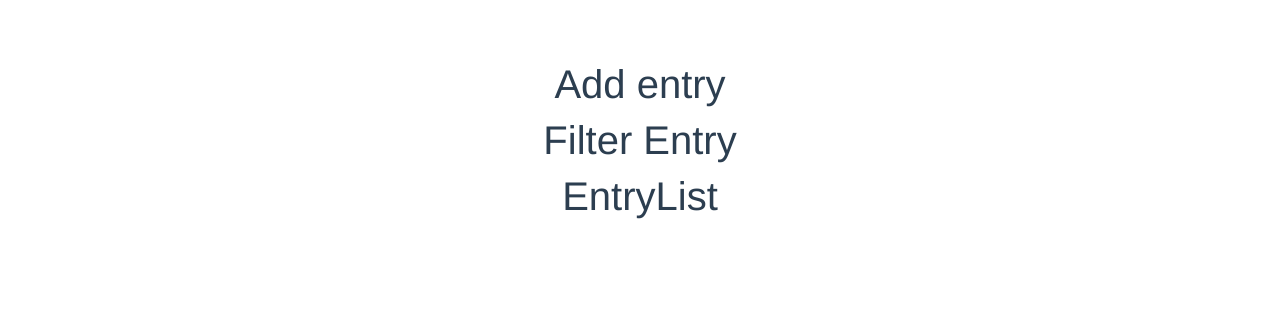
Repository: Madaless/vue_elastic
Page: / (app in vuejsapp/crudapp/)
The author's editor kept a copy of each file at every save. The page is drawn from the files as they stood at one save, then again after the next save.
The browser window is 1280 px wide. The pictures show the whole page.
The page's requests for data from a server got no answer. The project was rebuilt for these pictures with package versions that can differ from the ones it lists, and the page was loaded fresh each time. No one was signed in, and anything a server would have sent is missing.

Above is the page before, as saved 2021-09-09 14:48:10.

After the next save:
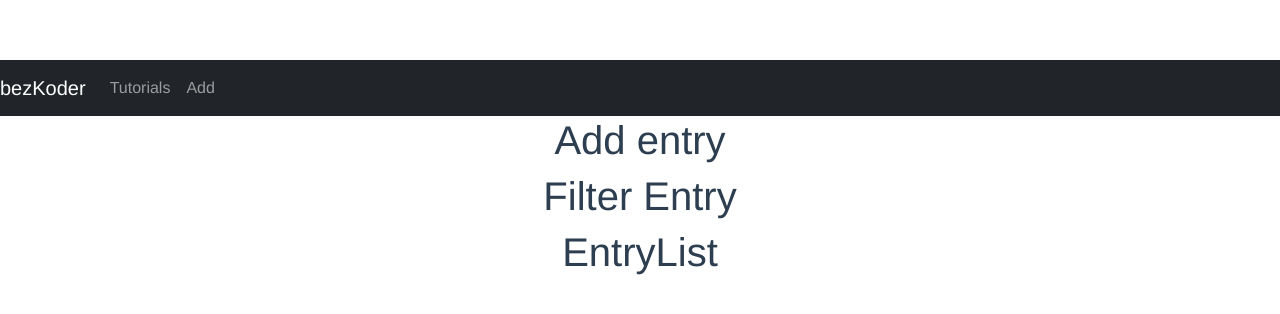
Saved 12 min 36 s later.
--- a/vuejsapp/crudapp/src/App.vue
+++ b/vuejsapp/crudapp/src/App.vue
@@ -1,5 +1,16 @@
 <template>
   <div id="app">
+     <nav class="navbar navbar-expand navbar-dark bg-dark">
+      <router-link to="/" class="navbar-brand">bezKoder</router-link>
+      <div class="navbar-nav mr-auto">
+        <li class="nav-item">
+          <router-link to="/tutorials" class="nav-link">Tutorials</router-link>
+        </li>
+        <li class="nav-item">
+          <router-link to="/add" class="nav-link">Add</router-link>
+        </li>
+      </div>
+    </nav>
     <AddEntry/>
     <FilterEntry/>
     <EntryList/>
